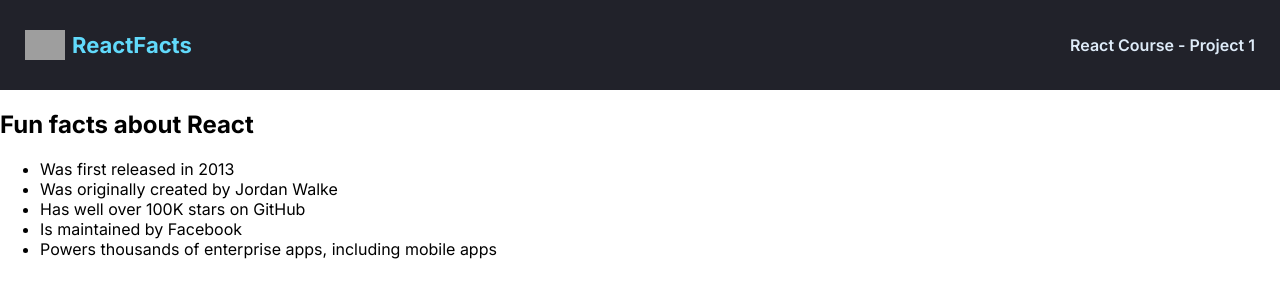
Repository: evemcd/scrimba-react2
Page: / (app in vite-react/)
These files come from the project's save history. The page is drawn as it stood at one moment and after the next save; the edit follows.
The browser window is 1280 px wide. The pictures show the whole page.
Pictures or frames that could not be fetched are drawn as grey boxes. The project was rebuilt for these pictures with package versions that can differ from the ones it lists, and the page was loaded fresh each time. Also part of the build but not shown: vite-react/vite.config.js.

Above is the page before, as saved 2023-08-04 12:00:19.

### vite-react/index.html
<!doctype html>
<html lang="en">

<head>
  <meta charset="UTF-8" />
  <meta name="viewport" content="width=device-width, initial-scale=1.0" />
  <link rel="preconnect" href="https://fonts.googleapis.com">
  <link rel="preconnect" href="https://fonts.gstatic.com" crossorigin>
  <link
    href="https://fonts.googleapis.com/css2?family=Inter:wght@400;600;700&family=Roboto+Condensed:wght@300;400;700&family=Roboto:ital,wght@0,400;0,700;0,900;1,300&display=swap"
    rel="stylesheet">
  <link rel="stylesheet" href="./src/index.css">
  <title>ReactFacts</title>
</head>

<body>
  <div id="root"></div>
  <script type="module" src="/src/index.jsx"></script>
</body>

</html>

### vite-react/src/index.css
* {
  box-sizing: border-box;
}

body {
  margin: 0;
  font-family: Inter, sans-serif;
}

nav {
  display: flex;
  align-items: center;
  background-color: #21222A;
  height: 90px;
  padding: 30px 25px;
}

.nav--icon {
  height: 30px;
  margin-right: 7px;
}

.nav--logo_text {
  color: #61DAFB;
  margin: 0;
  margin-right: auto;
  font-weight: 700;
  font-size: 22px;
}

.nav--title {
  margin: 0;
  color: #DEEBF8;
  font-weight: 600;
}

### vite-react/src/index.jsx
import React from 'react'
import ReactDOM from 'react-dom'
import App from './App.jsx'



ReactDOM.render(
  <App />,
  document.getElementById('root'))

### vite-react/src/App.jsx
import React from 'react'
import Navbar from './components/Navbar.jsx'
import Main from './components/Main.jsx'

export default function App() {
    return (
        <div className="container">
            <Navbar />
            <Main />
        </div>
    )
}

### vite-react/src/components/Navbar.jsx
import '../index.css'

export default function Navbar() {
    return (
        <nav>
            <img src="../../public/img/react-logo.png" className='nav--icon' />
            <h3 className='nav--logo_text'>ReactFacts</h3>
            <h4 className='nav--title'>React Course - Project 1</h4>
        </nav>
    )
}

### vite-react/src/components/Main.jsx
export default function Main() {
    return (
        <main className="main">
            <h2>Fun facts about React</h2>
            <ul>
                <li>Was first released in 2013</li>
                <li>Was originally created by Jordan Walke</li>
                <li>Has well over 100K stars on GitHub</li>
                <li>Is maintained by Facebook</li>
                <li>Powers thousands of enterprise apps, including mobile apps</li>
            </ul>
        </main>
    )
}

After the next save:
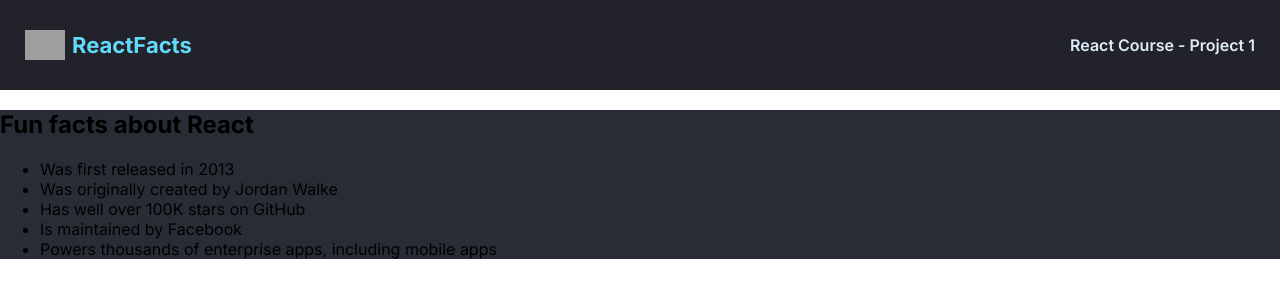
Saved 14 s later.
--- a/vite-react/src/index.css
+++ b/vite-react/src/index.css
@@ -33,3 +33,7 @@ nav {
   color: #DEEBF8;
   font-weight: 600;
 }
+
+.main {
+  background-color: #282D35;
+}
